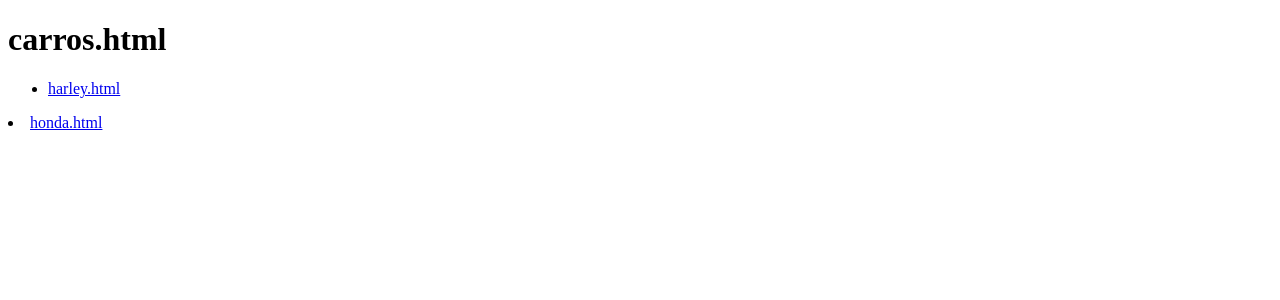
Repository: joao-laercio/DevWeb_BackEnd
Page: index.html/motos.html/motos.html
These files come from the project's save history. The page is drawn as it stood at one moment and after the next save; the edit follows.
The browser window is 1280 px wide. The pictures show the whole page.

Above is the page before, as saved 2022-07-06 15:30:27.

After the next save:
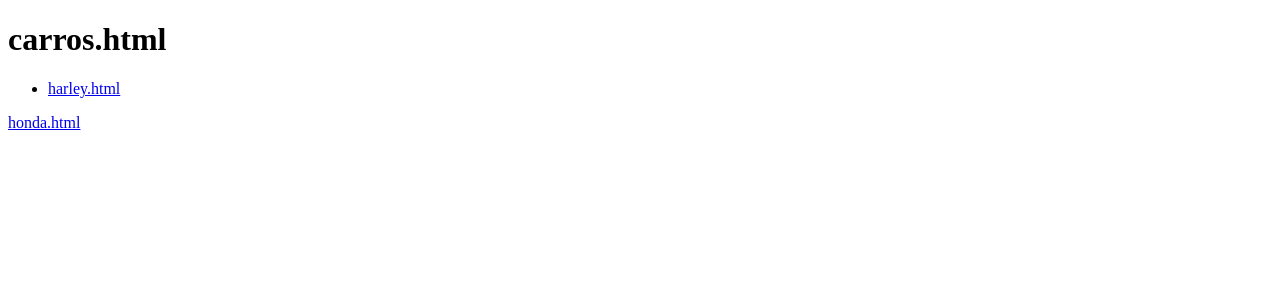
Saved 4 s later.
--- a/index.html/motos.html/motos.html
+++ b/index.html/motos.html/motos.html
@@ -19,7 +19,7 @@
              <li><a href="harley.html/harley.html">harley.html</a></li>
 
          </ul>
-         <li><a href="honda.html/">honda.html</a></li>
+         <a href="honda.html/">honda.html</a></li>
          <a href="quesomos.html"></a>
          <img src=""
      </body>
